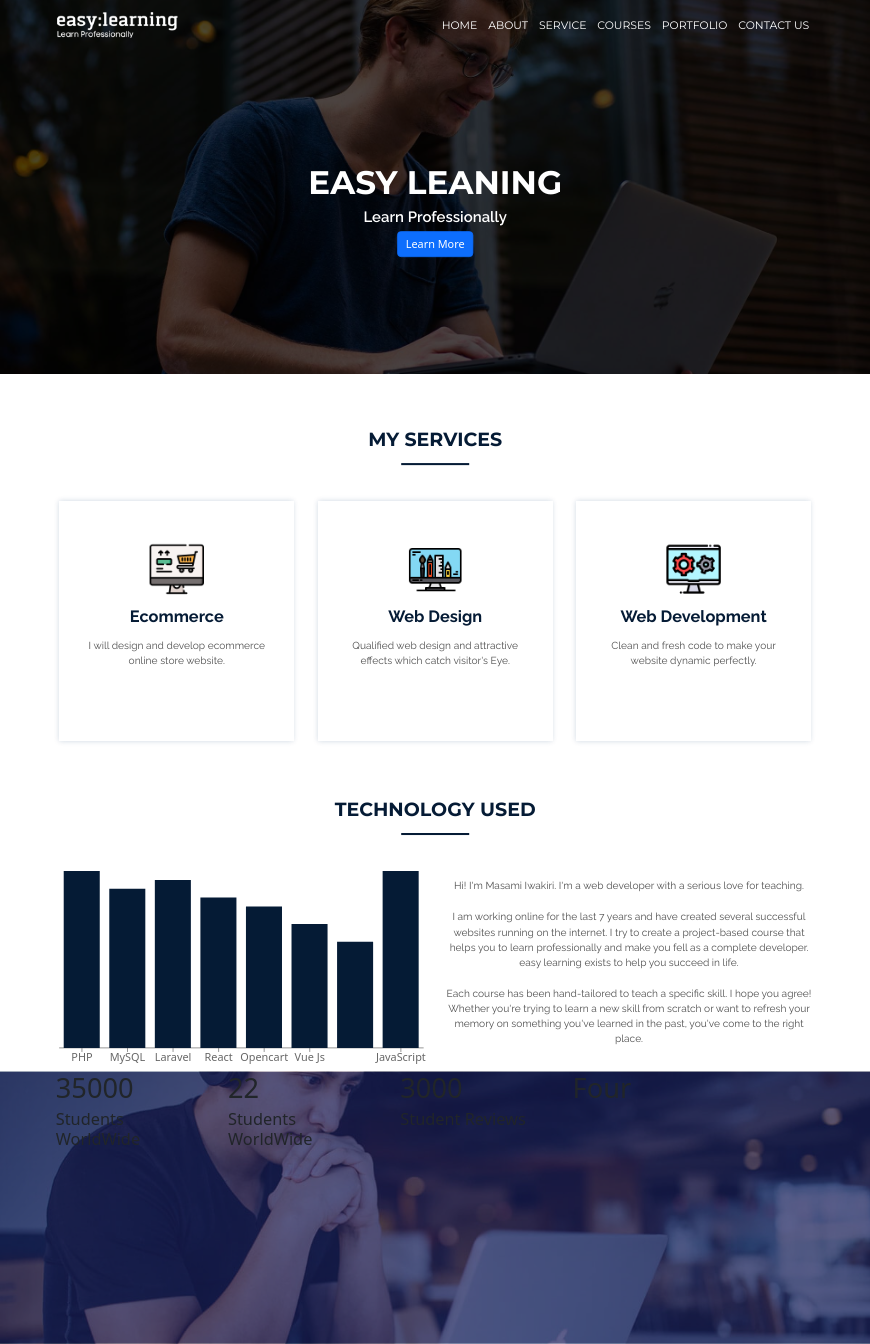
Repository: masamichan/free_video_app
Page: /
These files come from the project's save history. The page is drawn as it stood at one moment and after the next save; the edit follows.
The browser window is 1280 px wide. The pictures show the whole page, at 68% of full size.
Backgrounds fixed to the window are drawn as part of the page. The project was rebuilt for these pictures with package versions that can differ from the ones it lists, and the page was loaded fresh each time.

Above is the page before, as saved 2023-01-29 12:36:30.

### public/index.html
<!DOCTYPE html>
<html lang="en">
  <head>
    <meta charset="utf-8" />
    <link rel="icon" href="%PUBLIC_URL%/icon.png" />
    <meta name="viewport" content="width=device-width, initial-scale=1" />
    <meta name="theme-color" content="#000000" />
    <meta
      name="description"
      content="Web site created using create-react-app"
    />

    <link rel="manifest" href="%PUBLIC_URL%/manifest.json" />

    <link rel="preconnect" href="https://fonts.googleapis.com">
    <link rel="preconnect" href="https://fonts.gstatic.com" crossorigin>
    <link
      href="https://fonts.googleapis.com/css2?family=Montserrat:wght@400;700;800&family=Raleway:wght@300;400;600;700&display=swap"
      rel="stylesheet">

    <title>Easy Leaning</title>
  </head>
  <body>
    <noscript>You need to enable JavaScript to run this app.</noscript>
    <div style="width: 100%;" id="root"></div>

  </body>
</html>

### src/App.js
import React from "react";
import Analysis from "./components/Analysis/Analysis";
import Services from "./components/Services/Services";
import Summary from "./components/Summary/Summary";
import { TopBanner } from "./components/TopBanner/TopBanner";
import TopNavigation from "./components/TopNavigation/TopNavigation";

function App() {
  return (
    <div>
      <TopNavigation />
      <TopBanner />
      <Services />
      <Analysis />
      <Summary />
    </div>
  );
}

export default App;

### src/components/Analysis/Analysis.jsx
import React, { Component, Fragment } from "react";
import { Col, Container, Row } from "react-bootstrap";
import { Bar, BarChart, ResponsiveContainer, Tooltip, XAxis } from "recharts";
class Analysis extends Component {
  constructor() {
    super();
    this.state = {
      data: [
        { Technology: "PHP", Projects: 100 },
        { Technology: "MySQL", Projects: 90 },
        { Technology: "Laravel", Projects: 95 },
        { Technology: "React", Projects: 85 },
        { Technology: "Opencart", Projects: 80 },
        { Technology: "Vue Js", Projects: 70 },
        { Technology: "Django", Projects: 60 },
        { Technology: "JavaScript", Projects: 100 },
      ],
    };
  }

  render() {
    var blue = "#051b35";
    return (
      <Fragment>
        <Container className="text-center">
          <h1 className="serviceMainTitle">TECHNOLOGY USED</h1>
          <div className="bottom"></div>
          <Row>
            <Col
              style={{ width: "100", height: "300px" }}
              lg={6}
              md={12}
              sm={12}
            >
              <ResponsiveContainer>
                <BarChart width={100} height={300} data={this.state.data}>
                  <XAxis dataKey="Technology" />
                  <Tooltip />
                  <Bar dataKey="Projects" fill={blue}></Bar>
                </BarChart>
              </ResponsiveContainer>
            </Col>

            <Col lg={6} md={12} sm={12}>
              <p className="text-justify serviceDescription">
                Hi! I'm Masami Iwakiri. I'm a web developer with a serious love
                for teaching. <br></br>
                <br></br>I am working online for the last 7 years and have
                created several successful websites running on the internet. I
                try to create a project-based course that helps you to learn
                professionally and make you fell as a complete developer. easy
                learning exists to help you succeed in life.<br></br>
                <br></br>
                Each course has been hand-tailored to teach a specific skill. I
                hope you agree! Whether you're trying to learn a new skill from
                scratch or want to refresh your memory on something you've
                learned in the past, you've come to the right place.
              </p>
            </Col>
          </Row>
        </Container>
      </Fragment>
    );
  }
}
export default Analysis;

### src/components/Services/Services.jsx
import React, { Component, Fragment } from "react";
import { Col, Container, Row } from "react-bootstrap";
import designIcon from "../../asset/image/design.png";
import ecommerceIcon from "../../asset/image/ecommerce.png";
import webIcon from "../../asset/image/web.png";

export class Services extends Component {
  render() {
    return (
      <Fragment>
        <Container className="text-center">
          <h1 className="serviceMainTitle">MY SERVICES</h1>
          <div className="bottom"></div>
          <Row>
            <Col lg={4} md={6} sm={12}>
              <div className="serviceCard text-center">
                <img className="ecommerceIcon" src={ecommerceIcon} />
                <h2 className="serviceName">Ecommerce</h2>
                <p className="serviceDescription">
                  I will design and develop ecommerce online store website.
                </p>
              </div>
            </Col>
            <Col lg={4} md={6} sm={12}>
              <div className="serviceCard text-center">
                <img className="designIcon" src={designIcon} />
                <h2 className="serviceName">Web Design</h2>
                <p className="serviceDescription">
                  Qualified web design and attractive effects which catch
                  visitor's Eye.
                </p>
              </div>
            </Col>
            <Col lg={4} md={6} sm={12}>
              <div className="serviceCard text-center">
                <img className="webIcon" src={webIcon} />
                <h2 className="serviceName">Web Development</h2>
                <p className="serviceDescription">
                  Clean and fresh code to make your website dynamic perfectly.
                </p>
              </div>
            </Col>
          </Row>
        </Container>
      </Fragment>
    );
  }
}

export default Services;

### src/components/Summary/Summary.jsx
import React, { Component, Fragment } from "react";
import { Col, Container, Row } from "react-bootstrap";
export class Summary extends Component {
  render() {
    return (
      <Fragment>
        <Container fluid={true} className="summaryBanner p-0">
          <div className="summaryBannerOverlay">
            <Container>
              <Row>
                <Col lg={8} md={6} sm={12}>
                  <Row>
                    <Col>
                      <h1 className="countName">35000</h1>
                      <h4 className="countTitle">Students WorldWide</h4>
                    </Col>
                    <Col>
                      <h1>22</h1>
                      <h4>Students WorldWide</h4>
                    </Col>
                    <Col>
                      <h1>3000</h1>
                      <h4>Student Reviews</h4>
                    </Col>
                  </Row>
                </Col>
                <Col lg={4} md={6} sm={12}>
                  <h1>Four</h1>
                </Col>
              </Row>
            </Container>
          </div>
        </Container>
      </Fragment>
    );
  }
}

export default Summary;

### src/components/TopBanner/TopBanner.jsx
import React, { Component, Fragment } from "react";
import { Button, Col, Container, Row } from "react-bootstrap";

export class TopBanner extends Component {
  render() {
    return (
      <Fragment>
        <Container fluid={true} className="topFixedBanner p-0">
          <div className="topBannerOverlay">
            <Container className="topContent">
              <Row>
                <Col className="text-center">
                  <h1 className="topTitle">EASY LEANING</h1>
                  <h4 className="topSubTitle">Learn Professionally</h4>
                  <Button variant="primary">Learn More</Button>
                </Col>
              </Row>
            </Container>
          </div>
        </Container>
      </Fragment>
    );
  }
}

export default TopBanner;

### src/components/TopNavigation/TopNavigation.jsx
import React, { Component, Fragment } from "react";
import { Nav, Navbar, NavDropdown } from "react-bootstrap";
import { Container } from "react-bootstrap";
import whiteLogo from "../../asset/image/logo_white.png";
import blackLogo from "../../asset/image/logo_black.png";
import "../../asset/css/custom.css";
import "../../asset/css/bootstrap.css";

export class TopNavigation extends Component {
  constructor() {
    super();
    this.state = {
      navBarTitle: "navTitle",
      navBarLogo: [whiteLogo],
      navBarBack: "navBackground",
      navBarItem: "navItem",
    };
  }

  onScroll = () => {
    if (window.scrollY > 100) {
      this.setState({
        navBarTitle: "navTitleScroll",
        navBarLogo: [blackLogo],
        navBarBack: "navBackgroundScroll",
        navBarItem: "navItemScroll",
      });
    } else if (window.scrollY < 100) {
      this.setState({
        navBarTitle: "navTitle",
        navBarLogo: [whiteLogo],
        navBarBack: "navBackground",
        navBarItem: "navItem",
      });
    }
  };

  componentDidMount() {
    window.addEventListener("scroll", this.onScroll);
  }

  render() {
    return (
      <Fragment>
        <Navbar
          className={this.state.navBarBack}
          collapseOnSelect
          fixed="top"
          expand="lg"
          variant="dark"
        >
          <Container>
            <Navbar.Brand className={this.state.navBarTitle} href="#home">
              <img src={this.state.navBarLogo} />
            </Navbar.Brand>
            <Navbar.Toggle aria-controls="responsive-navbar-nav" />
            <Navbar.Collapse id="responsive-navbar-nav">
              <Nav className="me-auto"></Nav>
              <Nav>
                <Nav.Link className={this.state.navBarItem} href="#deets">
                  HOME
                </Nav.Link>
                <Nav.Link className={this.state.navBarItem} href="#deets">
                  ABOUT
                </Nav.Link>
                <Nav.Link className={this.state.navBarItem} href="#deets">
                  SERVICE
                </Nav.Link>
                <Nav.Link className={this.state.navBarItem} href="#deets">
                  COURSES
                </Nav.Link>
                <Nav.Link className={this.state.navBarItem} href="#deets">
                  PORTFOLIO
                </Nav.Link>
                <Nav.Link className={this.state.navBarItem} href="#deets">
                  CONTACT US
                </Nav.Link>
              </Nav>
            </Navbar.Collapse>
          </Container>
        </Navbar>
      </Fragment>
    );
  }
}

export default TopNavigation;

### src/asset/css/custom.css
.topFixedBanner {
  background-image: url("../image/banner.jpg");
  min-height: 550px;
  background-attachment: fixed;
  background-position: center;
  background-repeat: no-repeat;
  background-size: cover;
}
.topBannerOverlay {
  position: absolute;
  min-height: 550px;
  width: 100%;
  background: rgb(0, 0, 0, 0.7);
}

.topContent {
  margin-top: 15em;
}

.topTitle {
  font-family: "Montserrat", sans-serif;
  font-weight: 700;
  color: #ffffff;
  font-size: 48px;
}

.topSubTitle {
  font-family: "Raleway", san-serif;
  font-weight: 600;
  color: #ffffff;
  font-size: 22px;
}

.ecommerceIcon {
  height: 80px;
  width: 80px;
}

.designIcon {
  height: 80px;
  width: 80px;
}

.webIcon {
  height: 80px;
  width: 80px;
}

.serviceCard {
  margin: 5px 5px 5px 5px;
  height: 22rem;
  padding: 60px 30px 60px 30px;
  box-shadow: 0 0 8px 0 rgb(4, 55, 105, 0.2);
}

.serviceCard:hover {
  margin: 5px 5px 5px 5px;
  height: 22rem;
  padding: 60px 30px 60px 30px;
  box-shadow: 0 0 16px 0 rgb(4, 55, 105, 0.2);
}

.serviceName {
  color: #051b35;
  margin-top: 1rem;
  font-family: "Raleway", sans-serif;
  font-size: 24px;
  font-weight: 700;
}

.serviceDescription {
  color: #505050;
  margin-top: 1rem;
  font-family: "Raleway", sans-serif;
  font-size: 15px;
  font-weight: 400;
}

.serviceMainTitle {
  color: #051b35;
  margin-top: 5rem;
  margin-bottom: 3rem;
  font-family: "Montserrat", sans-serif;
  font-weight: 700;
  font-size: 28px;
}

.bottom {
  background: #051b35 none repeat scroll 0 0;
  height: 3px;
  width: 100px;
  margin: -1.9rem auto 0;
  margin-bottom: 3rem;
}

.navTitle {
  font-family: "Montserrat", sans-serif;
  color: #ffffff !important;
  font-weight: 700;
  font-size: 30px;
}

.navTitleScroll {
  font-family: "Montserrat", sans-serif;
  color: #051b35 !important;
  font-weight: 700;
  font-size: 30px;
}

.navBackground {
  -webkit-transition: background-color 400ms llinear;
  -moz-transition: background-color 400ms linear;
  -o-transition: background-color 400ms linear;
  transition: background-color 400ms linear;
  background-color: rgb(00, 00, 00, 0) !important;
}

.navBackgroundScroll {
  -webkit-transition: background-color 400ms llinear;
  -moz-transition: background-color 400ms linear;
  -o-transition: background-color 400ms linear;
  transition: background-color 400ms linear;
  background-color: #ffffff;
}

.navItem {
  text-decoration: none !important;
  font-family: "Montserrat", sans-serif;
  color: #ffffff !important;
  font-weight: 700;
  font-size: 16px;
}

.navItemScroll {
  text-decoration: none !important;
  font-family: "Montserrat", sans-serif;
  color: #000000 !important;
  font-weight: 700;
  font-size: 16px;
}
.summaryBanner {
  background-image: url("../image/summary.jpg");
  min-height: 400px;
  background-attachment: fixed;
  background-position: center;
  background-repeat: no-repeat;
  background-size: cover;
}
.summaryBannerOverlay {
  position: absolute;
  min-height: 400px;
  width: 100%;
  background: rgb(27, 31, 92, 0.7);
}
.countNumber {
  color: #ffffff;
  font-family: "Montserrat", sans-serif;
  font-weight: 700;
  font-size: 40px;
}

Loaded but not shown: src/index.js (common file); src/asset/css/bootstrap.css (library)

After the next save:
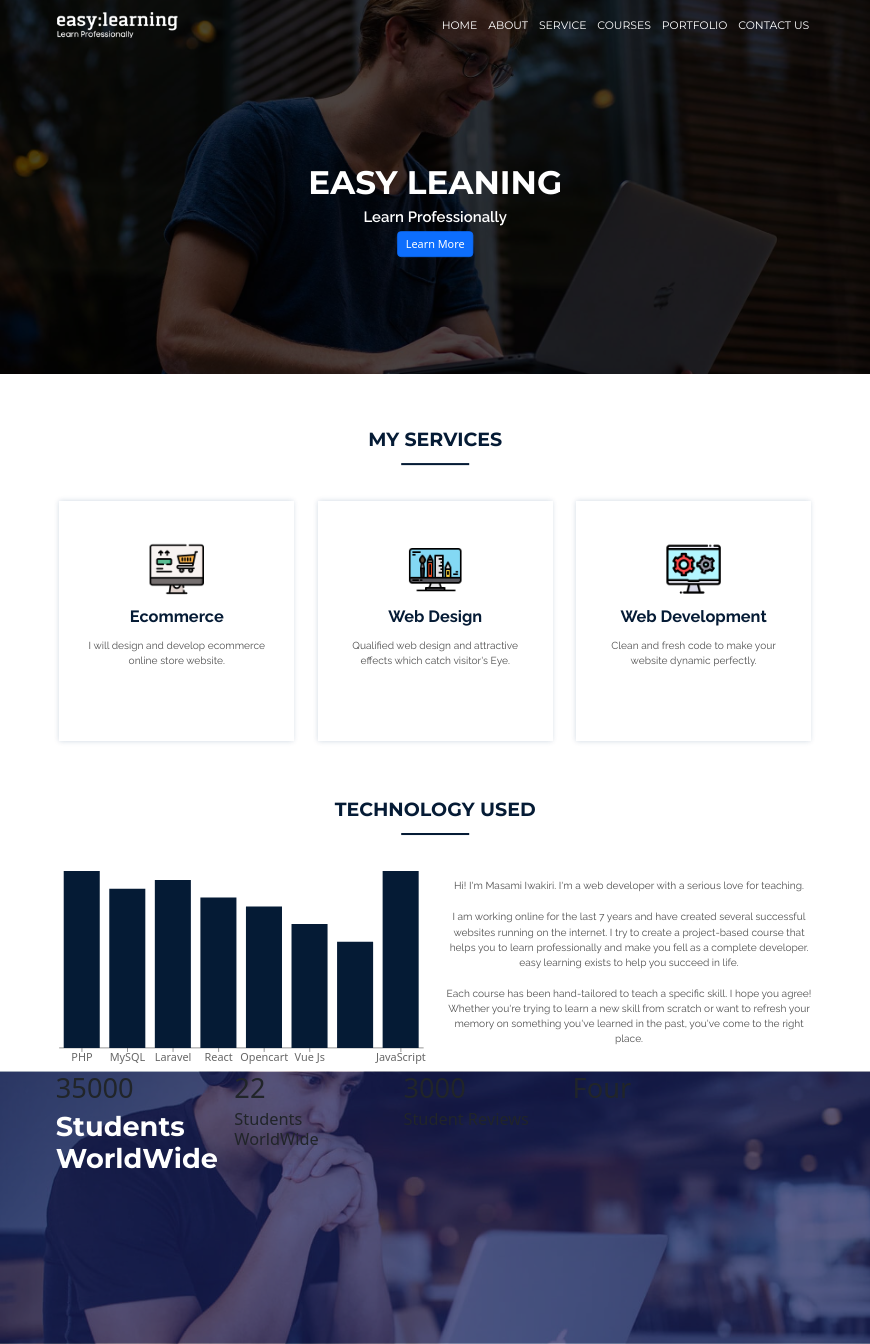
Saved 45 s later.
--- a/src/asset/css/custom.css
+++ b/src/asset/css/custom.css
@@ -158,3 +158,10 @@
   font-weight: 700;
   font-size: 40px;
 }
+
+.countTitle {
+  color: #ffffff;
+  font-family: "Montserrat", sans-serif;
+  font-weight: 700;
+  font-size: 40px;
+}
